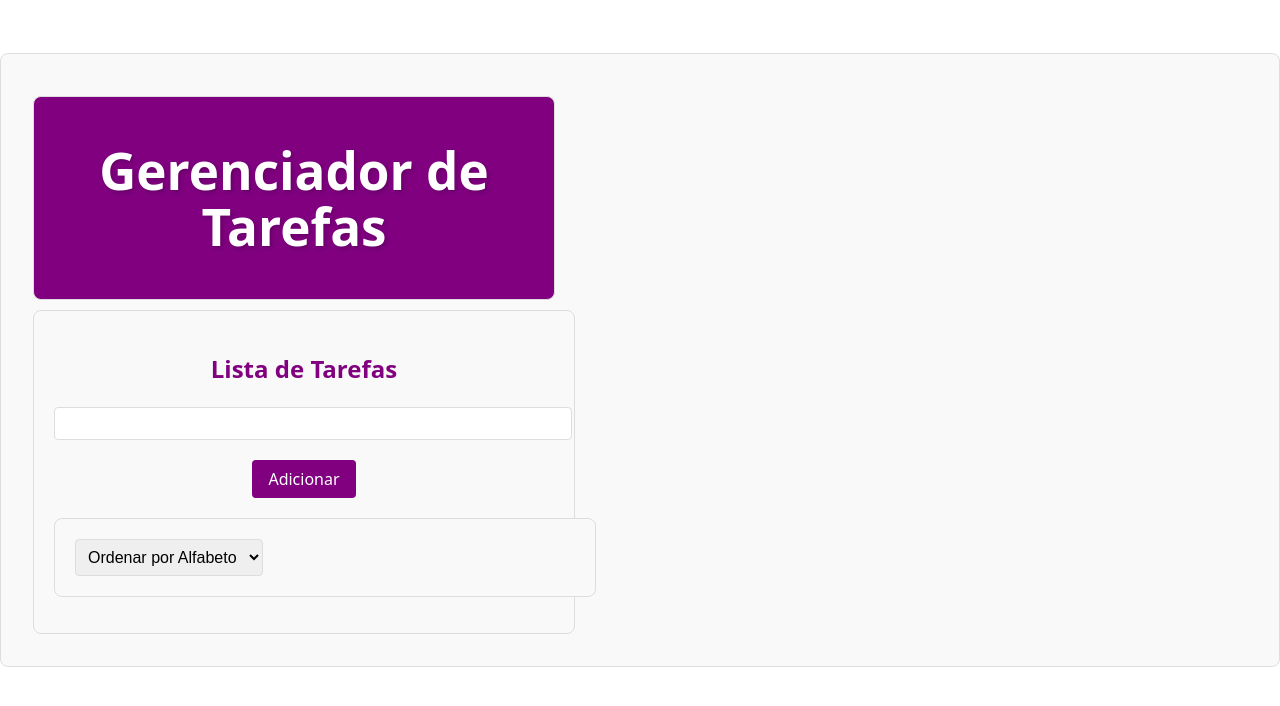
Repository: matheusarrabal12/todo
Page: /
The author's editor kept a copy of each file at every save. The page is drawn from the files as they stood at one save, then again after the next save.
The browser window is 1280 px wide. The pictures show the whole page.
The project was rebuilt for these pictures with package versions that can differ from the ones it lists, and the page was loaded fresh each time. Also part of the build but not shown: vite.config.js.

Above is the page before, as saved 2025-04-03 15:29:25.

After the next save:
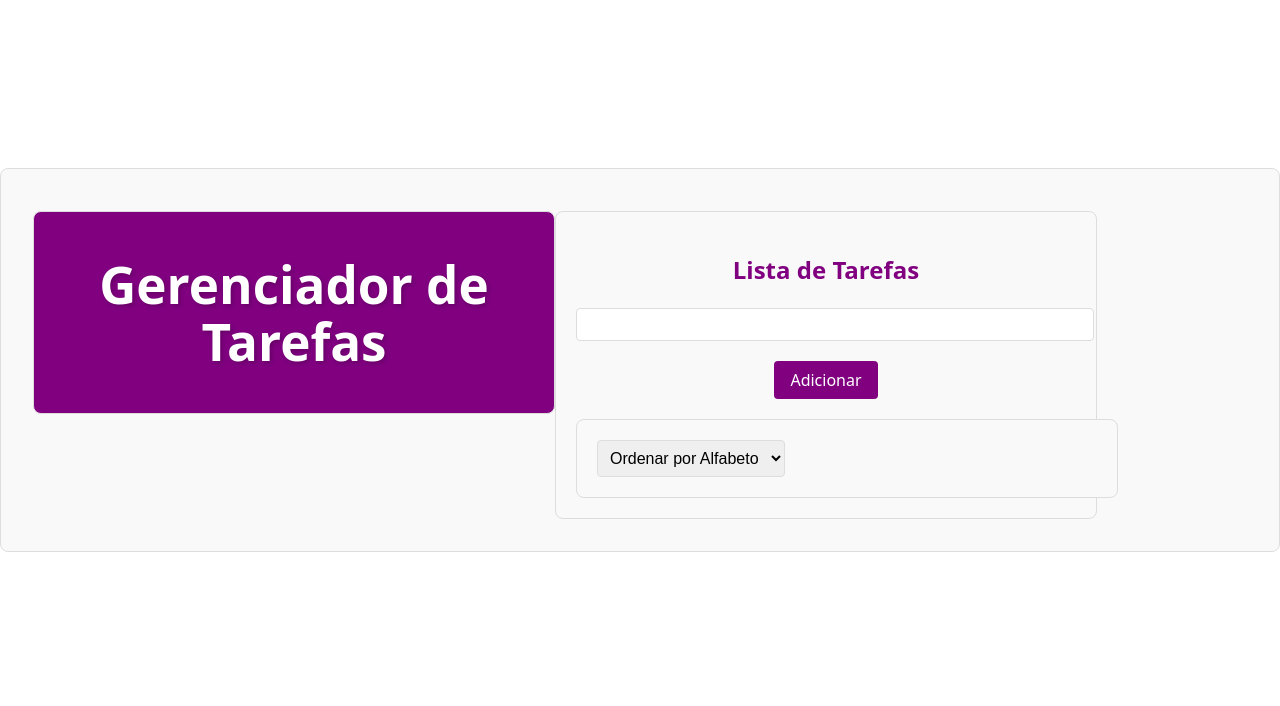
Saved 6 s later.
--- a/src/components/ListaTarefas.css
+++ b/src/components/ListaTarefas.css
@@ -18,7 +18,7 @@ h2 {
     border: 1px solid #ddd;
     border-radius: 8px;
     background-color: #f9f9f9;
-    float: ;
+    float: inline-start;
   }
 
   input[type="text"] {
